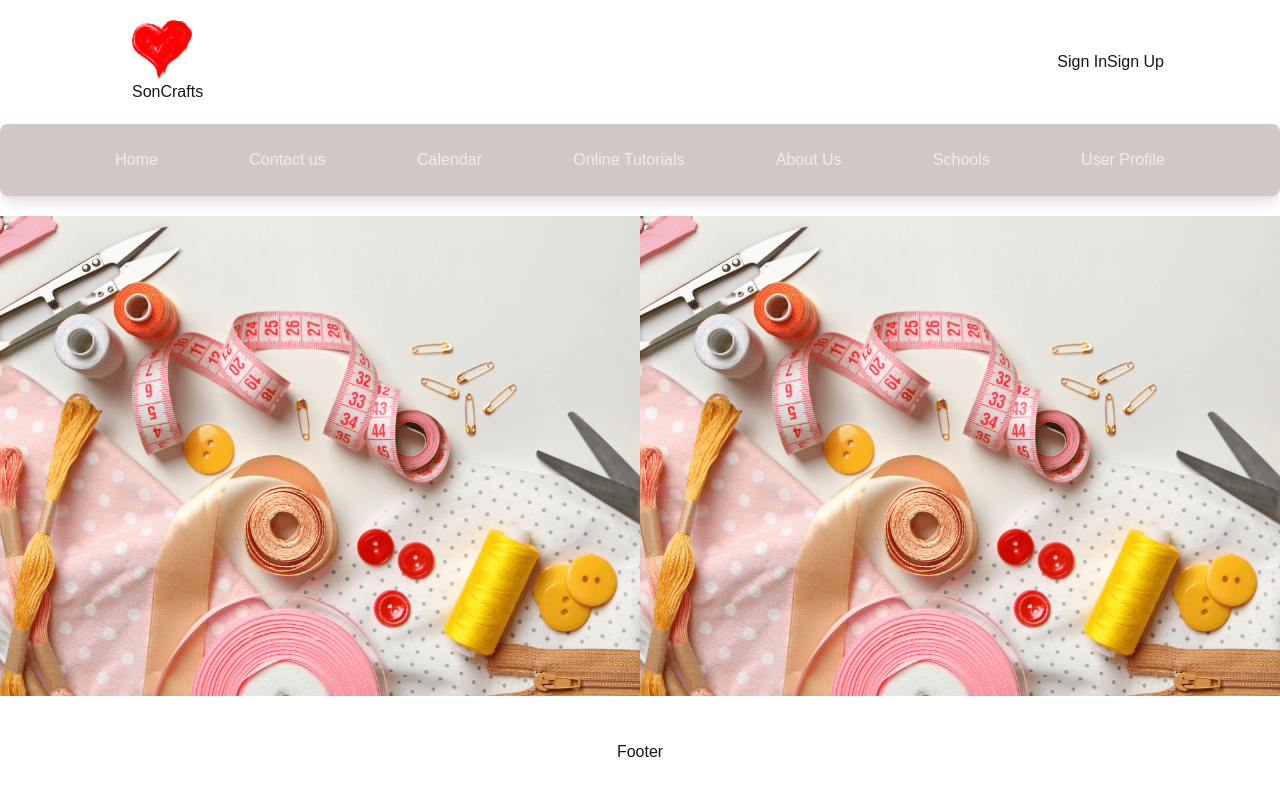
Repository: Ricka001/crafts
Page: /
These files come from the project's save history. The page is drawn as it stood at one moment and after the next save; the edit follows.
The browser window is 1280 px wide. The pictures show the whole page.
The page's requests for data from a server got no answer. The project was rebuilt for these pictures with package versions that can differ from the ones it lists, and the page was loaded fresh each time. Some packages were replaced by stand-ins written for this rebuild. The framework's server and built-in components were replaced by stand-ins that run in the browser. No one was signed in, and anything a server would have sent is missing. Also part of the build but not shown: next.config.mjs.

Above is the page before, as saved 2024-11-22 12:32:26.

After the next save:
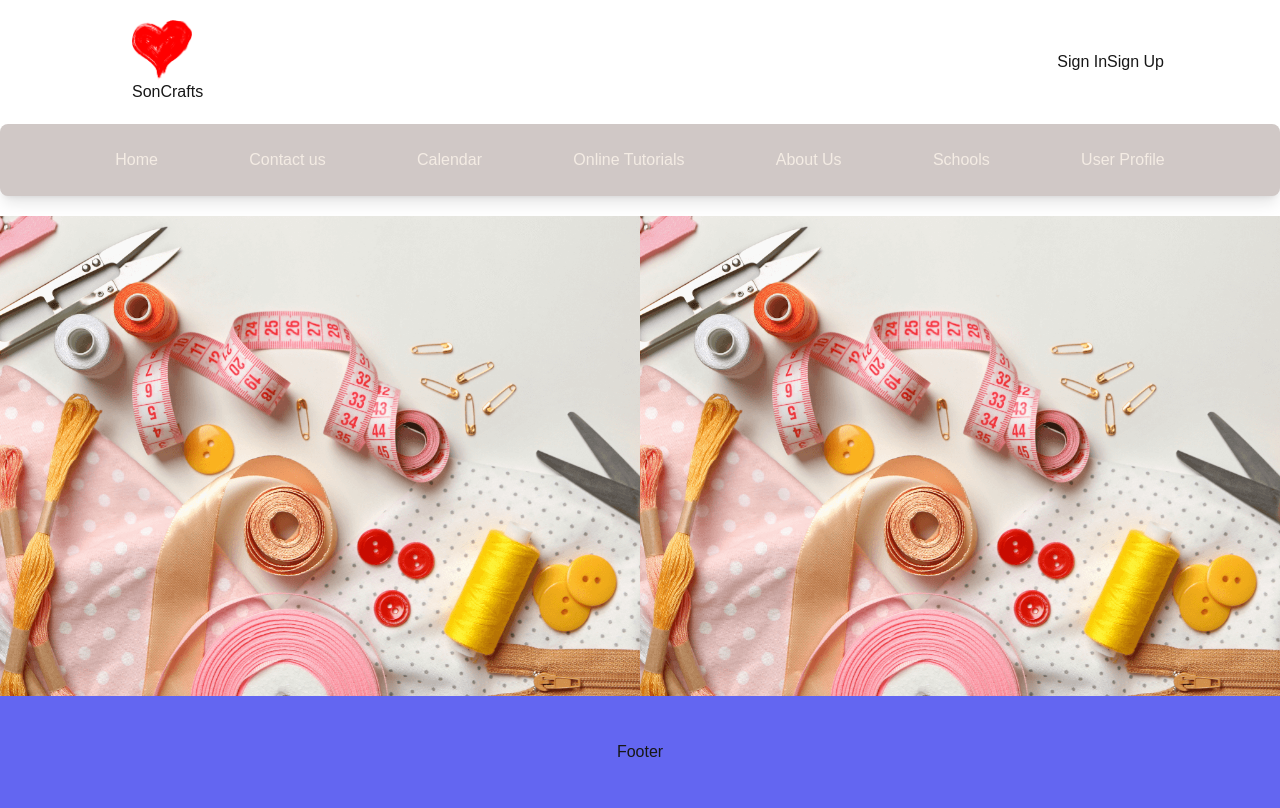
Saved 23 s later.
--- a/src/components/Footer.jsx
+++ b/src/components/Footer.jsx
@@ -1,6 +1,6 @@
 export default function Footer() {
   return (
-    <div className="flex col-end-1 justify-center items-center h-28 border-r-indigo-500">
+    <div className="flex col-end-1 justify-center items-center h-28 bg-indigo-500">
       <h1>Footer</h1>
     </div>
   );
